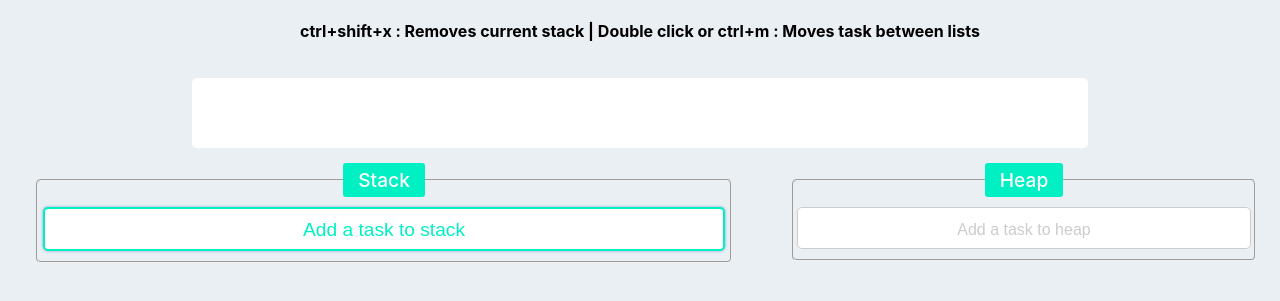
Repository: litalsh/meeting_v1
Page: /
These files come from the project's save history. The page is drawn as it stood at one moment and after the next save; the edit follows.
The browser window is 1280 px wide. The pictures show the whole page.
The project was rebuilt for these pictures with package versions that can differ from the ones it lists, and the page was loaded fresh each time. Also part of the build but not shown: src/Task.js.

Above is the page before, as saved 2020-12-07 17:15:31.

After the next save:
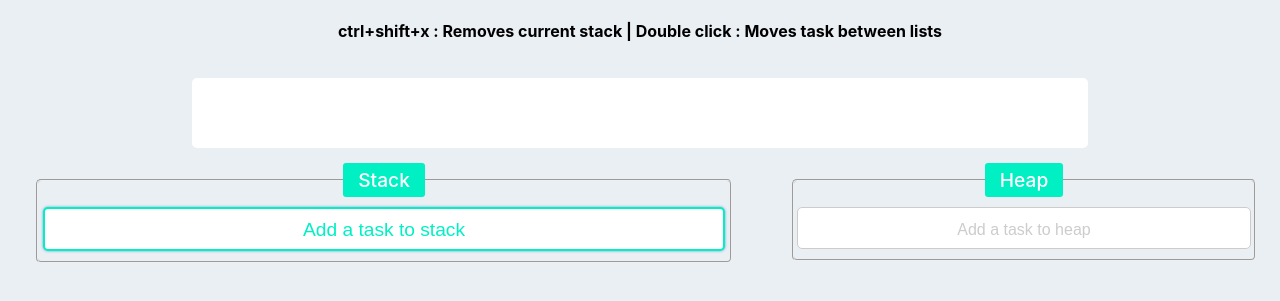
Saved 94 s later.
--- a/src/App.js
+++ b/src/App.js
@@ -104,7 +104,7 @@ const App = () => {
 
   return (
     <div className="container">
-      <h4>ctrl+shift+x : Removes current stack  |  Double click or ctrl+m : Moves task between lists</h4>
+      <h4>ctrl+shift+x : Removes current stack  |  Double click : Moves task between lists</h4>
       <div className="current-task">
         <h1>{stack[0] !== undefined ? stack[stack.length - 1].topic : null}</h1>
       </div>
